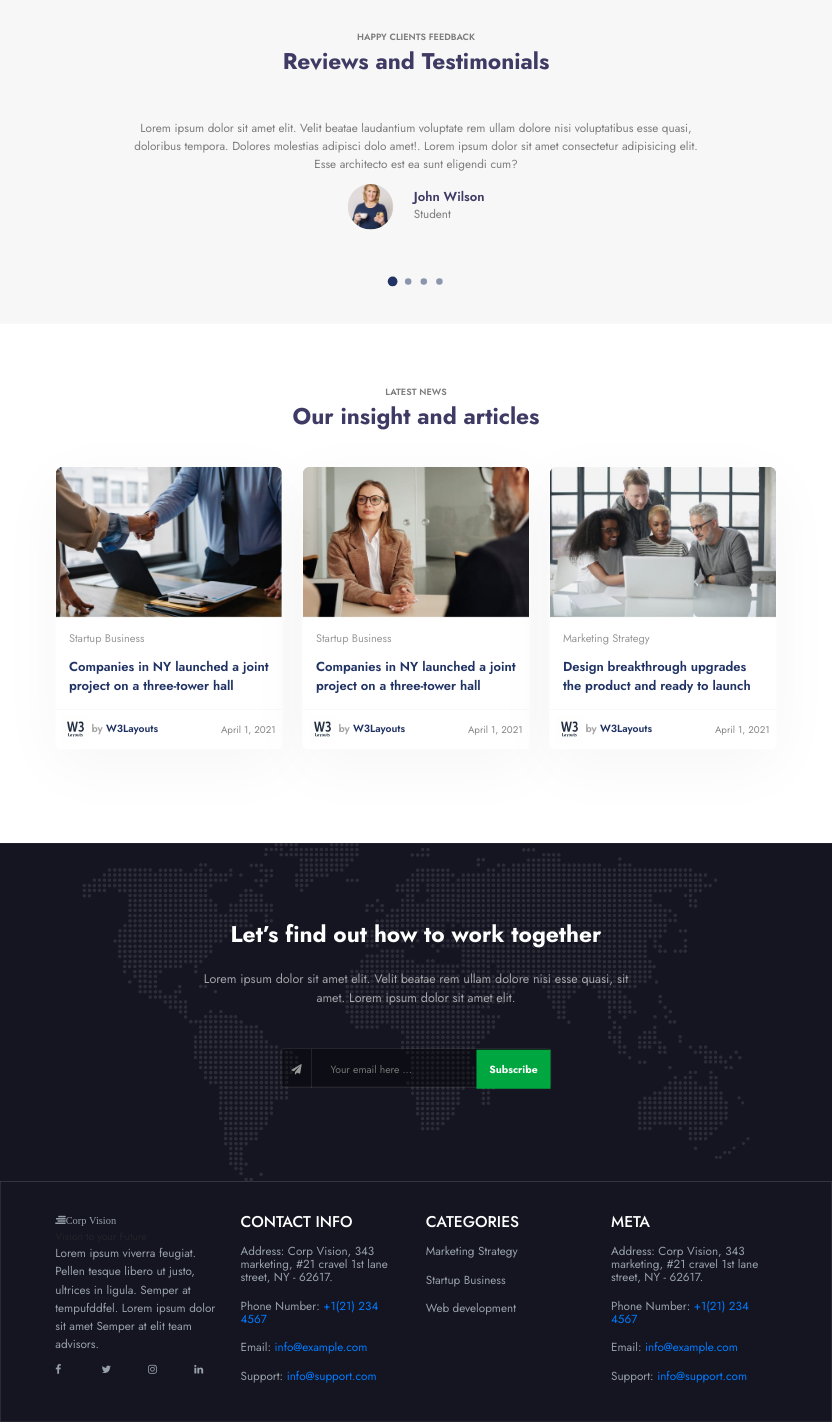
Repository: khaipnp/corpvision
Page: index.html
The author's editor kept a copy of each file at every save. The page is drawn from the files as they stood at one save, then again after the next save.
The browser window is 1280 px wide. The pictures show the whole page, at 65% of full size.

Above is the page before, as saved 2021-07-04 13:05:02.

### index.html
<!DOCTYPE html>
<html lang="en">
  <head>
    <meta charset="UTF-8" />
    <meta http-equiv="X-UA-Compatible" content="IE=edge" />
    <meta name="viewport" content="width=device-width, initial-scale=1.0" />
    <title>Corpvision</title>
    <meta name="description" content="Corpvision Website" />
    <!-- FONT-GOOGLE -->
    <link rel="preconnect" href="https://fonts.gstatic.com" />
    <link
      href="https://fonts.googleapis.com/css2?family=Jost:ital,wght@0,100;0,200;0,300;0,400;0,500;0,600;0,700;0,800;0,900;1,400&display=swap"
      rel="stylesheet"
    />
    <!-- FONT-AWSOME -->
    <link
      rel="stylesheet"
      href="https://cdnjs.cloudflare.com/ajax/libs/font-awesome/5.15.3/css/all.min.css"
      integrity="sha512-iBBXm8fW90+nuLcSKlbmrPcLa0OT92xO1BIsZ+ywDWZCvqsWgccV3gFoRBv0z+8dLJgyAHIhR35VZc2oM/gI1w=="
      crossorigin="anonymous"
      referrerpolicy="no-referrer"
    />
    <link rel="stylesheet" href="./css/font-awesome.min.css" />
    <!-- OWL CAROUSEL -->
    <link
      rel="stylesheet"
      href="https://cdnjs.cloudflare.com/ajax/libs/OwlCarousel2/2.3.4/assets/owl.carousel.min.css"
      integrity="sha512-tS3S5qG0BlhnQROyJXvNjeEM4UpMXHrQfTGmbQ1gKmelCxlSEBUaxhRBj/EFTzpbP4RVSrpEikbmdJobCvhE3g=="
      crossorigin="anonymous"
      referrerpolicy="no-referrer"
    />
    <link
      rel="stylesheet"
      href="https://cdnjs.cloudflare.com/ajax/libs/OwlCarousel2/2.3.4/assets/owl.theme.default.css"
      integrity="sha512-OTcub78R3msOCtY3Tc6FzeDJ8N9qvQn1Ph49ou13xgA9VsH9+LRxoFU6EqLhW4+PKRfU+/HReXmSZXHEkpYoOA=="
      crossorigin="anonymous"
      referrerpolicy="no-referrer"
    />
    <!-- BOOTSTRAP -->
    <link
      rel="stylesheet"
      href="https://cdn.jsdelivr.net/npm/bootstrap@4.6.0/dist/css/bootstrap.min.css"
      integrity="sha384-B0vP5xmATw1+K9KRQjQERJvTumQW0nPEzvF6L/Z6nronJ3oUOFUFpCjEUQouq2+l"
      crossorigin="anonymous"
    />
    <!-- MAIN CSS -->
    <link rel="stylesheet" href="./css/main.css" />
  </head>
  <body>
    <header></header>
    <section class="feedback">
      <div class="feedback__content py-5">
        <div class="container">
          <h5 class="small-title col-12 text-center">Happy clients Feedback</h5>
          <h3 class="big-title col-12 text-center">Reviews and Testimonials</h3>
          <div class="testimonials owl-carousel owl-theme">
            <div class="testimonials__item">
              <p class="text-center col-12">
                Lorem ipsum dolor sit amet elit. Velit beatae laudantium
                voluptate rem ullam dolore nisi voluptatibus esse quasi,
                doloribus tempora. Dolores molestias adipisci dolo amet!. Lorem
                ipsum dolor sit amet consectetur adipisicing elit. Esse
                architecto est ea sunt eligendi cum?
              </p>
              <div
                class="
                  testimonials__desc
                  row
                  align-items-center
                  justify-content-center
                "
              >
                <div class="avatar mr-3">
                  <img src="./img/team1.jpg" alt="team 1" />
                </div>
                <div class="name ml-3">
                  <h3>John Wilson</h3>
                  <p>Student</p>
                </div>
              </div>
            </div>
            <div class="testimonials__item">
              <p class="text-center col-12">
                Lorem ipsum dolor sit amet elit. Velit beatae laudantium
                voluptate rem ullam dolore nisi voluptatibus esse quasi,
                doloribus tempora. Dolores molestias adipisci dolo amet!. Lorem
                ipsum dolor sit amet consectetur adipisicing elit. Esse
                architecto est ea sunt eligendi cum?
              </p>
              <div
                class="
                  testimonials__desc
                  row
                  align-items-center
                  justify-content-center
                "
              >
                <div class="avatar mr-3">
                  <img src="./img/team2.jpg" alt="team 2" />
                </div>
                <div class="name ml-3">
                  <h3>Julia Sakura</h3>
                  <p>Student</p>
                </div>
              </div>
            </div>
            <div class="testimonials__item">
              <p class="text-center col-12">
                Lorem ipsum dolor sit amet elit. Velit beatae laudantium
                voluptate rem ullam dolore nisi voluptatibus esse quasi,
                doloribus tempora. Dolores molestias adipisci dolo amet!. Lorem
                ipsum dolor sit amet consectetur adipisicing elit. Esse
                architecto est ea sunt eligendi cum?
              </p>
              <div
                class="
                  testimonials__desc
                  row
                  align-items-center
                  justify-content-center
                "
              >
                <div class="avatar mr-3">
                  <img src="./img/team3.jpg" alt="team 3" />
                </div>
                <div class="name ml-3">
                  <h3>Roy Linderson</h3>
                  <p>Student</p>
                </div>
              </div>
            </div>
            <div class="testimonials__item">
              <p class="text-center col-12">
                Lorem ipsum dolor sit amet elit. Velit beatae laudantium
                voluptate rem ullam dolore nisi voluptatibus esse quasi,
                doloribus tempora. Dolores molestias adipisci dolo amet!. Lorem
                ipsum dolor sit amet consectetur adipisicing elit. Esse
                architecto est ea sunt eligendi cum?
              </p>
              <div
                class="
                  testimonials__desc
                  row
                  align-items-center
                  justify-content-center
                "
              >
                <div class="avatar mr-3">
                  <img src="./img/team4.jpg" alt="team 4" />
                </div>
                <div class="name ml-3">
                  <h3>Smith Johnson</h3>
                  <p>Student</p>
                </div>
              </div>
            </div>
          </div>
        </div>
      </div>
    </section>
    <section class="news py-5">
      <div class="news__content py-5">
        <div class="container">
          <h5 class="small-title col-12 text-center">LATEST NEWS</h5>
          <h3 class="big-title col-12 text-center">Our insight and articles</h3>
          <div class="row py-5">
            <div class="news__item col-md-6 col-lg-4">
              <div class="news__card">
                <div class="card__thumbnail p-0 position-relative">
                  <img src="./img/blog1.jpg" alt="blog 1" />
                </div>
                <div class="card__content">
                  <p>Startup Business</p>
                  <a href="#">Companies in NY launched a joint project on a three-tower
                    hall</a>
                </div>
                <div class="card__footer">
                  <span><img src="./img/icon.jpeg" alt="" /> by <a href="#">W3Layouts</a></span>
                  <p>April 1, 2021</p>
                </div>
              </div>
            </div>
            <div class="news__item col-md-6 col-lg-4">
              <div class="news__card">
                <div class="card__thumbnail p-0 position-relative">
                  <img src="./img/blog2.jpg" alt="blog 1" />
                </div>
                <div class="card__content">
                  <p>Startup Business</p>
                  <a href="#">Companies in NY launched a joint project on a three-tower
                    hall</a>
                </div>
                <div class="card__footer">
                  <span><img src="./img/icon.jpeg" alt="" /> by <a href="#">W3Layouts</a></span>
                  <p>April 1, 2021</p>
                </div>
              </div>
            </div>
            <div class="news__item col-md-6 col-lg-4">
              <div class="news__card">
                <div class="card__thumbnail p-0 position-relative">
                  <img src="./img/blog3.jpg" alt="blog 1" />
                </div>
                <div class="card__content">
                  <p>Marketing Strategy</p>
                  <a href="#">Design breakthrough upgrades the product and ready to launch</a>
                </div>
                <div class="card__footer">
                  <span><img src="./img/icon.jpeg" alt="" /> by <a href="#">W3Layouts</a></span>
                  <p>April 1, 2021</p>
                </div>
              </div>
            </div>
          </div>
        </div>
      </div>
    </section>
    <div class="subscribe py-5">
      <div class="container">
        <div class="sub__box my-5 mx-auto align-items-center justify-content-center">
          <h3 class="big-title py-4 col-12 text-center">Let’s find out how to work together<h3>
          <p class="col-12 text-center">Lorem ipsum dolor sit amet elit. Velit beatae rem ullam dolore nisi esse quasi, sit amet. Lorem ipsum dolor sit amet elit.</p>
          <div class="input__email justify-content-center py-5">
            <form>
              <i class="fa fa-paper-plane"></i>
              <input type="email" placeholder="Your email here ...">
              <button>Subscribe</button>
            </form>
          </div>
        </div>
      </div>
    </div>
    <footer>
      <div class="footer__info container py-5">
        <div class="row">
          <div class="footer__content col-3">
            <i class="fa fa-align-right">Corp Vision</i>
            <div class="slogan">Vision to your Future</div>
            <p>Lorem ipsum viverra feugiat. Pellen tesque libero ut justo, ultrices in ligula. Semper at tempufddfel. Lorem ipsum dolor sit amet Semper at elit team advisors.</p>
            <div class="social__network row justify-content-start">
              <i class="fa fa-facebook col-3"></i>
              <i class="fa fa-twitter col-3"></i>
              <i class="fa fa-instagram col-3"></i>
              <i class="fa fa-linkedin col-3"></i>
            </div>
          </div>
          <div class="footer__content col-3">
            <h4>CONTACT INFO</h4>
            <ul class="list-group list-group-flush">
              <li class="list-group-item">Address: Corp Vision, 343 marketing, #21 cravel 1st lane street, NY - 62617.</li>
              <li class="list-group-item">Phone Number: <a href="tel:+1212344567">+1(21) 234 4567</a></li>
              <li class="list-group-item">Email: <a href="mailto:">info@example.com</a></li>
              <li class="list-group-item">Support: <a href="mailto:">info@support.com</a></li>
            </ul>
          </div>
          <div class="footer__content col-3">
            <h4>CATEGORIES</h4>
            <ul class="list-group list-group-flush">
              <li class="list-group-item">Marketing Strategy</li>
              <li class="list-group-item">Startup Business</li>
              <li class="list-group-item">Web development</li>
            </ul>
          </div>
          <div class="footer__content col-3">
            <h4>META</h4>
            <ul class="list-group list-group-flush">
              <li class="list-group-item">Address: Corp Vision, 343 marketing, #21 cravel 1st lane street, NY - 62617.</li>
              <li class="list-group-item">Phone Number: <a href="tel:+1212344567">+1(21) 234 4567</a></li>
              <li class="list-group-item">Email: <a href="mailto:">info@example.com</a></li>
              <li class="list-group-item">Support: <a href="mailto:">info@support.com</a></li>
            </ul>
          </div>
        </div>
      </div>
    </footer>
    <!-- SCRIPT -->
    <!-- BOOTSTRAP -->
    <script
      src="https://cdnjs.cloudflare.com/ajax/libs/jquery/3.6.0/jquery.js"
      integrity="sha512-n/4gHW3atM3QqRcbCn6ewmpxcLAHGaDjpEBu4xZd47N0W2oQ+6q7oc3PXstrJYXcbNU1OHdQ1T7pAP+gi5Yu8g=="
      crossorigin="anonymous"
      referrerpolicy="no-referrer"
    ></script>
    <script
      src="https://cdn.jsdelivr.net/npm/bootstrap@4.6.0/dist/js/bootstrap.bundle.min.js"
      integrity="sha384-Piv4xVNRyMGpqkS2by6br4gNJ7DXjqk09RmUpJ8jgGtD7zP9yug3goQfGII0yAns"
      crossorigin="anonymous"
    ></script>
    <!-- OWL CAROUSEL -->
    <script src="./js/owl.carousel.min.js"></script>
    <script>
      $(document).ready(function () {
        $(".owl-carousel").owlCarousel({
          navigation: false,
          slideSpeed: 300,
          paginationSpeed: 400,
          singleItem: true,
          items: 1,
          // itemsDesktop : false,
          // itemsDesktopSmall : false,
          // itemsTablet: false,
          // itemsMobile : false
        });
      });
    </script>
  </body>
</html>

### css/main.css
* {
  padding: 0;
  margin: 0;
  box-sizing: border-box;
}

html,
body {
  font-family: "Jost", sans-serif;
  background: #fff;
}

.small-title {
  color: #7e7d7d;
  font-size: 14px;
  font-weight: 600;
  text-transform: uppercase;
}

.big-title {
  color: #3f3a64;
  font-size: 35px;
  font-weight: 700;
}

/* FEEDBACK */
.feedback {
  background-color: #f7f7f7;
}

.testimonials__item {
  margin: 60px auto;
  display: block;
  max-width: 900px;
  height: auto;
}

.testimonials__item p {
  color: #7e7d7d;
  font-size: 18px;
  line-height: 28px;
}

.testimonials__desc .avatar {
  width: 70px;
  height: 70px;
  overflow: hidden;
  border-radius: 50%;
}

.testimonials__desc .avatar img {
  width: 100%;
  height: 100%;
  object-fit: cover;
}

.name h3 {
  font-size: 20px;
  margin: 0;
  font-weight: 600;
  color: #3f3a64;
}
.name p {
  font-style: normal;
  margin-bottom: 0;
}

.owl-theme .owl-dots .owl-dot.active span,
.owl-theme .owl-dots .owl-dot span {
  background: rgba(33, 51, 100, 0.5);
  transform: scale(1);
  transition: all 0.5s;
}

.owl-theme .owl-dots .owl-dot.active span,
.owl-theme .owl-dots .owl-dot:hover span {
  background: #213364 !important;
  transform: scale(1.5);
}

/* NEWS */
.news__card {
  background-color: #fff;
  box-shadow: 0 25px 98px 0 rgb(0 0 0 / 4%);
  border: 1px solid transparent;
  border-radius: 10px;
}

.card__thumbnail {
  overflow: hidden;
  border-radius: 10px 10px 0 0;
}

.card__thumbnail img {
  width: 100%;
  border-radius: 10px 10px 0 0;
  object-fit: cover;
  cursor: pointer;
  transition: all 0.5s;
}

.card__thumbnail img:hover {
  transform: scale(1.15);
}

.card__content {
  padding: 20px;
}

.card__content p {
  color: #999;
  font-size: 17px;
  font-weight: 400;
}

.card__content a {
  text-decoration: none;
  color: #213364;
  font-size: 20px;
  font-weight: 600;
  transition: all 0.5s;
  cursor: pointer;
}

.card__content a:hover {
  color: #00a63f;
}

.card__footer {
  display: flex;
  justify-content: space-between;
  align-items: center;
  border-top: 1px solid rgba(126, 125, 125, 0.1);
  padding: 10px;
}

.card__footer a {
  color: #213364;
  font-size: 1rem;
  font-weight: 600;
  cursor: pointer;
  transition: all 0.5s;
  text-decoration: none;
}

.card__footer a:hover {
  color: #00a63f;
}

.card__footer img {
  cursor: pointer;
}

.card__footer span {
  color: rgb(102, 102, 102, 0.6);
  font-weight: 600;
}

.card__footer p {
  margin-bottom: 0;
  font-size: 15px;
  color: rgb(102, 102, 102, 0.8);
}

/* SUBCRIBE */
.subscribe {
  background-image: url(../img/map.png);
  background-color: #151421;
  background-size: contain;
  background-repeat: no-repeat;
  background-position: center;
}

.sub__box {
  max-width: 700px;
}

.sub__box .big-title {
  color: #fff;
}

.sub__box p {
  font-size: 1.2rem;
  color: rgba(255, 255, 255, 0.6);
  line-height: 1.5;
  font-weight: 400;
}

.input__email {
  display: flex;
}

.input__email form {
  border: 1px solid rgb(255, 255, 255, 0.15);
  border-radius: 5px;
  height: 60px;
  background: rgb(0, 0, 0, 0.35);
  max-width: 550px;
}

.input__email input {
  color: #999;
  padding: 20px 20px;
  border: none;
  font-size: 1rem;
  outline: none;
  background: none;
}

.input__email button {
  background-color: #00a63f;
  color: #fff;
  height: 60px;
  padding: 0 20px;
  border: none;
  font-size: 1rem;
  font-weight: 700;
  line-height: 60px;
  text-align: center;
}

.input__email i {
  text-align: center;
  color: #999;
  font-size: 1rem;
  border-right: 1px solid rgb(255, 255, 255, 0.15);
  line-height: 60px;
  padding: 0 15px;
}

/* FOOTER */

footer {
  background-color: #151421;
  border: 1px solid rgb(255, 255, 255, 0.15);
}

.footer__content p {
  color: #97a1a9;
  font-size: 18px;
  line-height: 28px;
}

.footer__content i {
  color: #97a1a9;
}

.footer__content h4 {
  color: #fefefe;
}

.footer__content .list-group-item {
  background-color: transparent !important;
  color: #97a1a9;
  border: none !important;
  font-size: 18px;
  line-height: 20px;
  padding-left: 0 !important;
}

Loaded but not shown: css/font-awesome.min.css (library); js/owl.carousel.min.js (library)

After the next save:
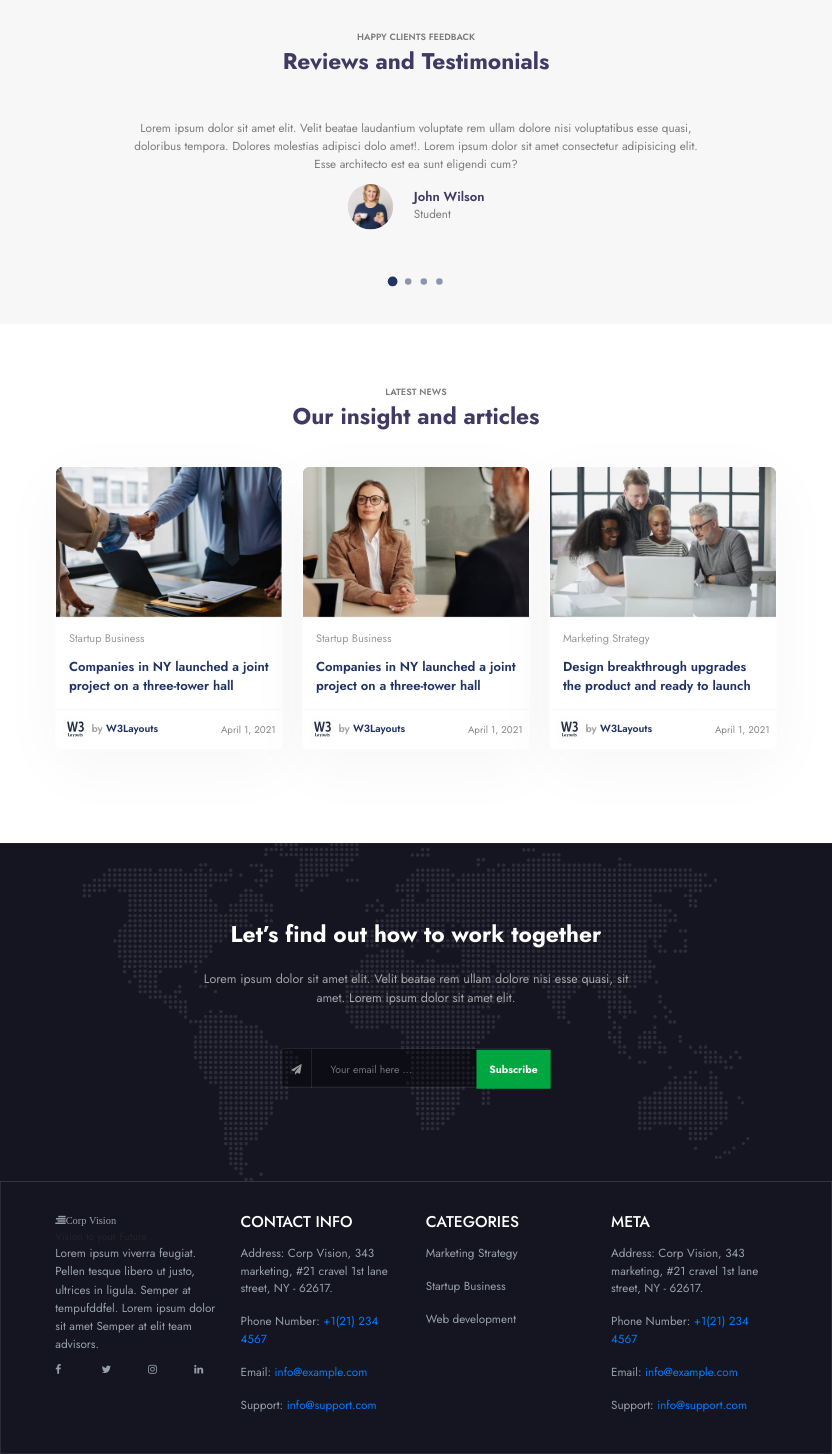
Saved 16 s later.
--- a/css/main.css
+++ b/css/main.css
@@ -254,6 +254,5 @@ footer {
   color: #97a1a9;
   border: none !important;
   font-size: 18px;
-  line-height: 20px;
   padding-left: 0 !important;
 }
